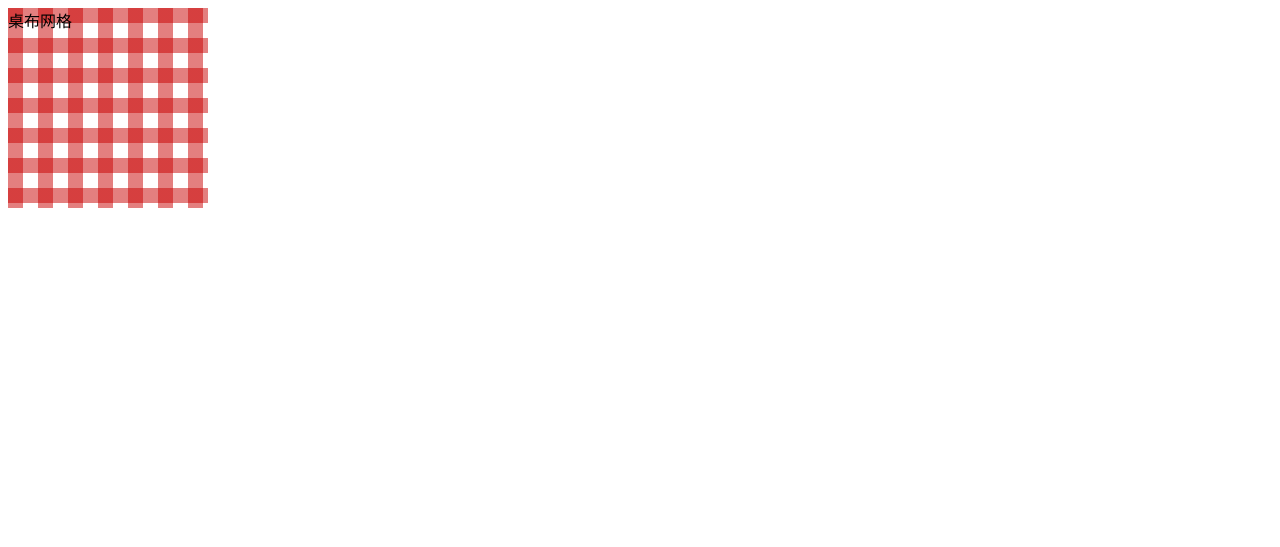
Repository: Gin1217/frontStudy
Page: tablecloth.html
An editor plug-in stored every save of this project. The page is shown before and after the next save, followed by the edit.
The browser window is 1280 px wide. The pictures show the whole page.

Above is the page before, as saved 2021-03-08 20:22:29.

After the next save:
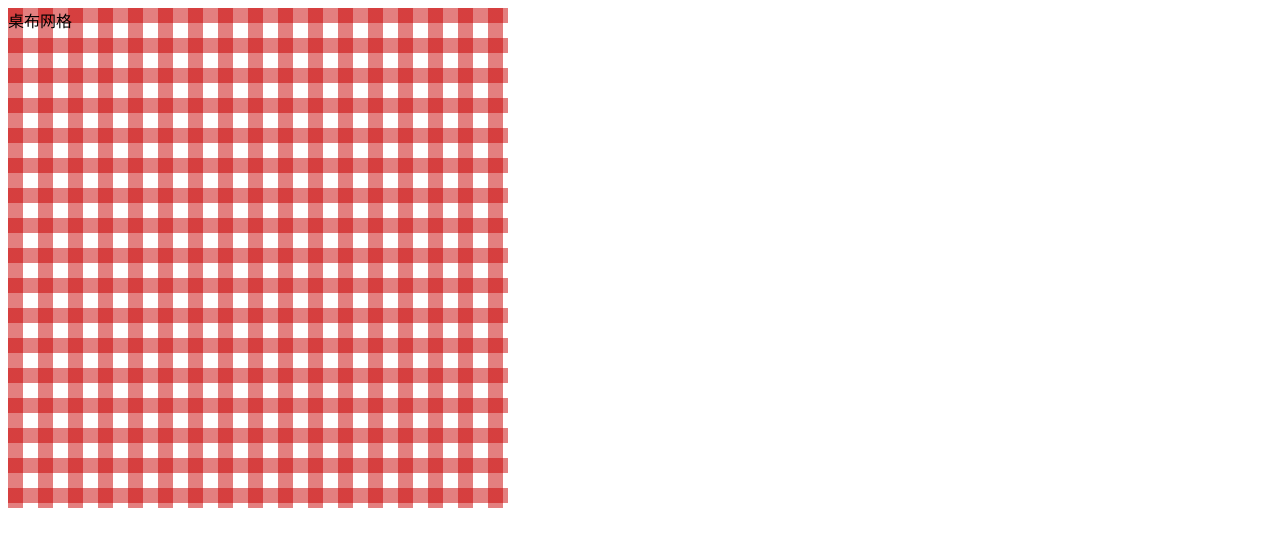
Saved 15 s later.
--- a/tablecloth.html
+++ b/tablecloth.html
@@ -13,8 +13,8 @@
             background-image: linear-gradient(90deg, rgba(200, 0, 0, .5) 50%, transparent 0),
                 linear-gradient(rgba(200, 0, 0, .5) 50%, transparent 0);
             background-size: 30px 30px;
-            height: 200px;
-            width: 200px;
+            height: 500px;
+            width: 500px;
         }
     </style>
 </head>
